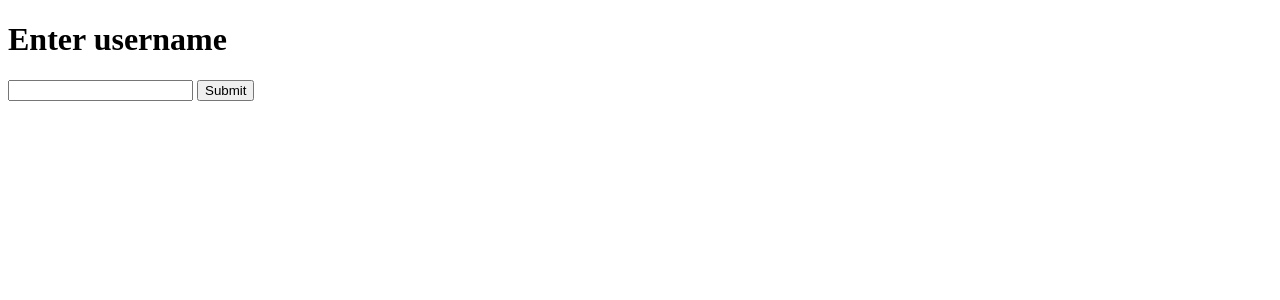
Repository: manjunath1718/TKA-CoreJava-Jdbc-Hibernate-Programs
Page: http://localhost/ServletApp/jdbclogin.jsp
An editor plug-in stored every save of this project. The page is shown before and after the next save, followed by the edit.
The browser window is 1280 px wide. The pictures show the whole page.
The page is served by Tomcat 9.

Above is the page before, as saved 2024-07-19 11:17:07.

After the next save:
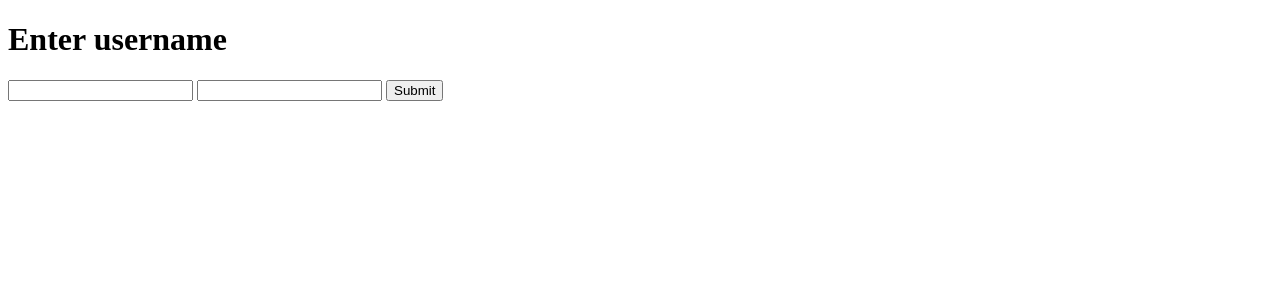
Saved 32 s later.
--- a/ServletApp/src/main/webapp/jdbclogin.jsp
+++ b/ServletApp/src/main/webapp/jdbclogin.jsp
@@ -12,7 +12,7 @@
 
     <h1>Enter username</h1>
     <input type="text" name="uname">
-
+    <input type="password" name="upassword">
 
     <input type="submit">
 
